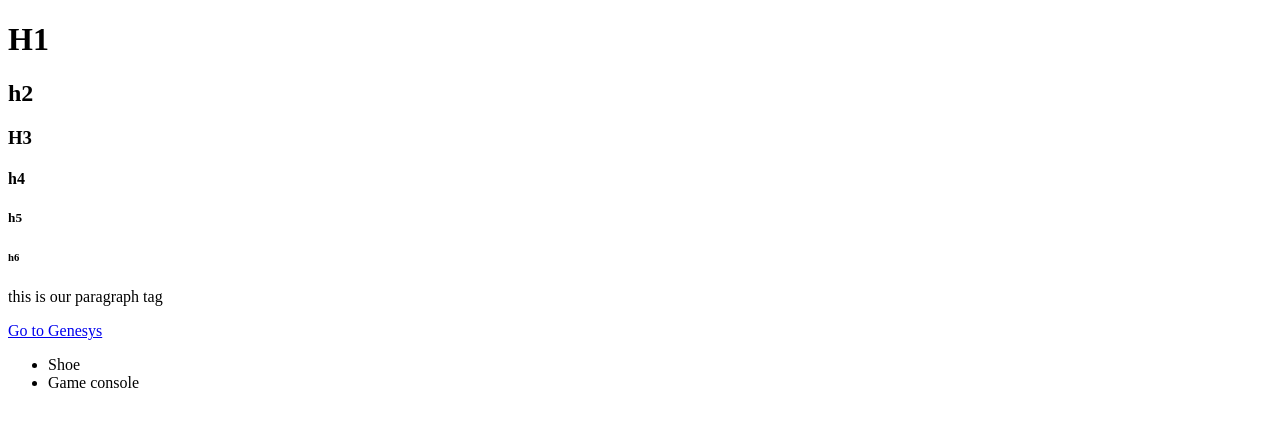
Repository: Ifenna-Pascal/firstRepo
Page: index.html
These files come from the project's save history. The page is drawn as it stood at one moment and after the next save; the edit follows.
The browser window is 1280 px wide. The pictures show the whole page.

Above is the page before, as saved 2023-07-14 12:17:52.

### index.html
<!DOCTYPE html>
<html lang="eng">
<head>
<title>Codeville</title>
<meta name="description" content="this is an introduction page site">
<link rel="stylesheet" href="./about/about.css">
<style>
</style>
</head>
<body>
    <!-- THESE ARE OUR HEADER TAGS H1-H6 -->
    <h1>H1</h1>
    <h2>h2</h2>
    <h3>H3</h3>
    <h4>h4</h4>
    <h5>h5</h5>
    <h6>h6</h6>
    <!-- THIS IS OUR PARAGRAPH TAG -->
    <p>this is our paragraph tag</p>
    <!-- <article>
        Lorem ipsum dolor sit amet, consectetur adipisicing elit. Deserunt enim,
         soluta qui quaerat sapiente hic quisquam incidunt molestias cupiditate
         ipsa ad animi, officiis in. Dolores, possimus? Tempore ducimus voluptas
          tenetur pariatur iusto dolores necessitatibus magnam consectetur facere
           voluptate, esse ipsa nemo unde fugiat neque cumque rem quia sunt quas ea a debitis totam natus ipsam. Voluptas sapiente sint
            accusantium laboriosam, ipsa, maxime excepturi possimus harum ducimus quo quia soluta facilis molestiae perspiciatis delectus consectetur ratione
            <h1> dolores. Veniam molestias voluptates</h1> quod rerum labore reprehenderit laborum voluptatem, sint harum id sit nulla, omnis alias earum ab ex, temporibus accusamus est consequatur quibusdam vero assumenda? Sit perferendis optio ex. Optio praesentium illo quas commod
             i tempore adipisci aliquid numquam. Dicta nulla quibusdam provident quis voluptates dolorem ipsa rem ab ratione omnis aspernatur odit reiciendis labore fuga distinctio, porro incidunt quidem necessitatibus, doloremque numquam molestias cumque sit delectus. Optio perspiciatis voluptas quos vel dignissimos, tenetur, dicta corporis minus, accusantium in ipsam eaque sit minima commodi reprehenderit incidunt nulla quas rem nam officiis. Beatae inventore
             ea ex cumque nam exercitationem fuga aliquid cum! Voluptatum voluptate optio tempora accusantium numquam temporibus similique ullam at nesciunt facere harum, omnis, modi dolore
              necessitatibus, sed nihil doloremque odio eum quo.
    </article> -->
    <!-- <div>
        Lorem ipsum dolor sit amet, consectetur adipisicing elit. Qui eveniet minus est iste, nisi atque ipsum aliquam saepe provident iure molestias ea? Commodi quod culpa consequatur! Dolor enim atque vero?
    </div>
    <section id="sectionOne">
        <span id="spanOne">Lorem ipsum dolor sit, amet consectetur adipisicing elit. Ipsum, consequuntur.t</span>
        <span>Lorem ipsum <b>dolor</b> sit amet consectetur.</span>
    </section> -->
    <a href="https://www.genesystechhub.com/" title="Linkk" target="_blank">Go to Genesys</a>
    <ul>
        <li>Shoe</li>
        <li>Game console</li>
    </ul>
</body>
</html>

Loaded but not shown: about/about.css (no stored copy; drawn as an empty file)

After the next save:
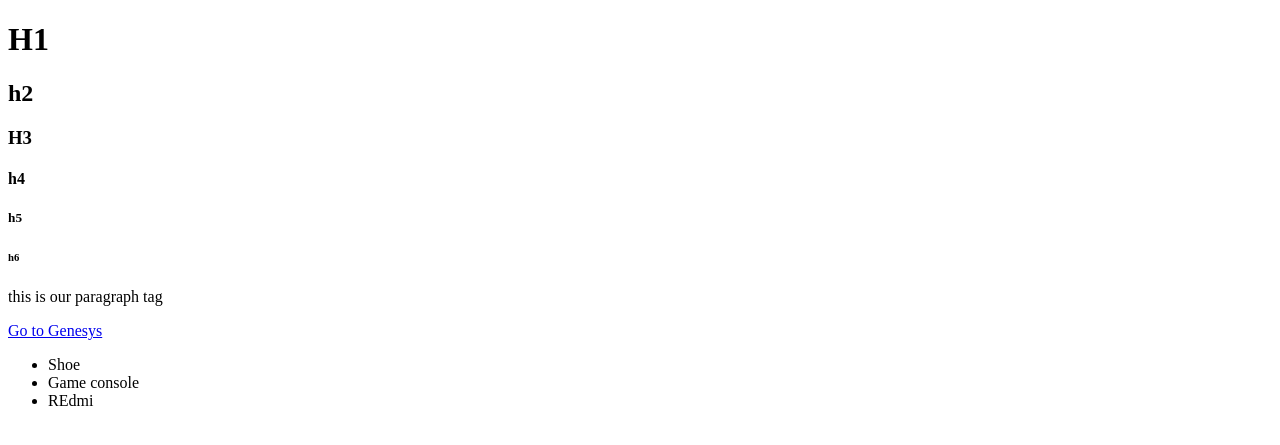
Saved 65 s later.
--- a/index.html
+++ b/index.html
@@ -40,6 +40,7 @@
     <ul>
         <li>Shoe</li>
         <li>Game console</li>
+        <li>REdmi</li>
     </ul>
 </body>
 </html>
